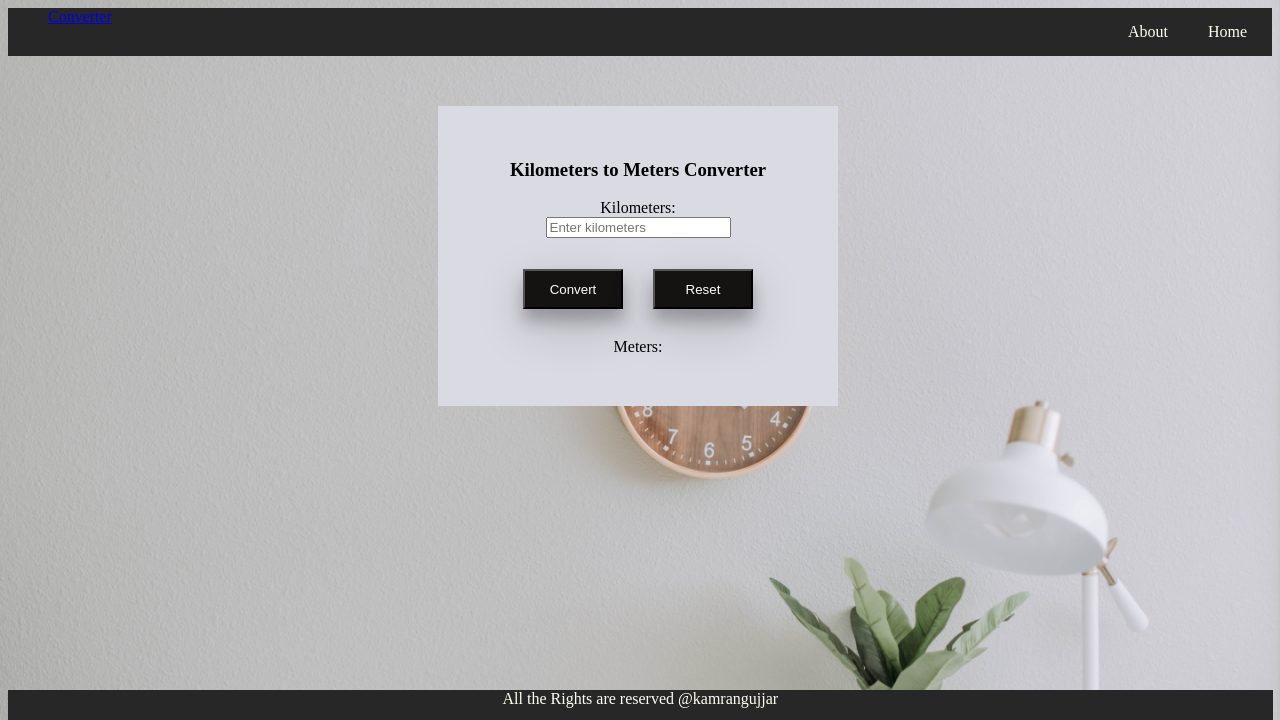
Repository: Kamrangujjar85112/Length-Converter
Page: html/km_m.html
An editor plug-in stored every save of this project. The page is shown before and after the next save, followed by the edit.
The browser window is 1280 px wide. The pictures show the whole page.

Above is the page before, as saved 2022-01-31 22:21:44.

After the next save:
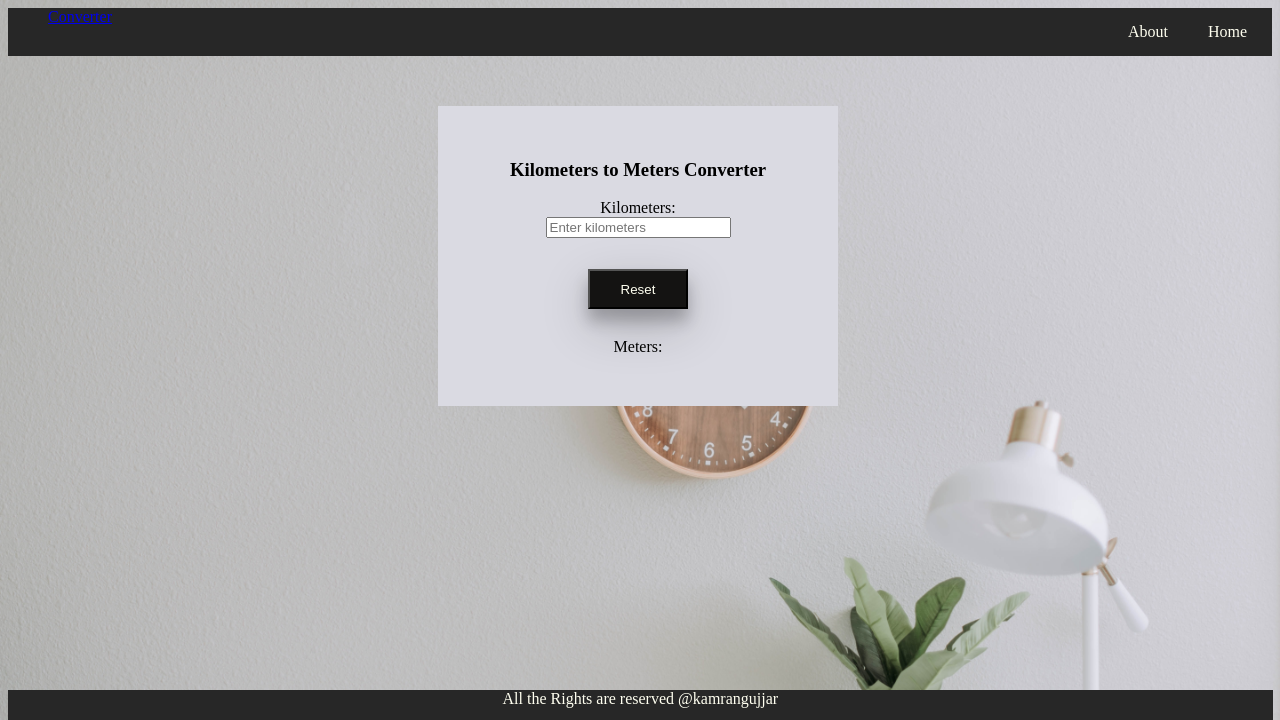
Saved 63 s later.
--- a/html/km_m.html
+++ b/html/km_m.html
@@ -30,7 +30,7 @@
 
                 <label>Kilometers:</label><br>
                 <input type="number" id="kilometersToMeters" placeholder="Enter kilometers" value=""><br><br>
-                <button id="convert">Convert</button>
+                <!-- <button id="convert">Convert</button> -->
                 <input type="reset" value="Reset" id="reset"><br>
                 <p id="kmToMp">Meters: <span id="kmToM"></span></p>
                 <p id="kmToMpError" style="display: none;"></span></p>

After the save that followed:
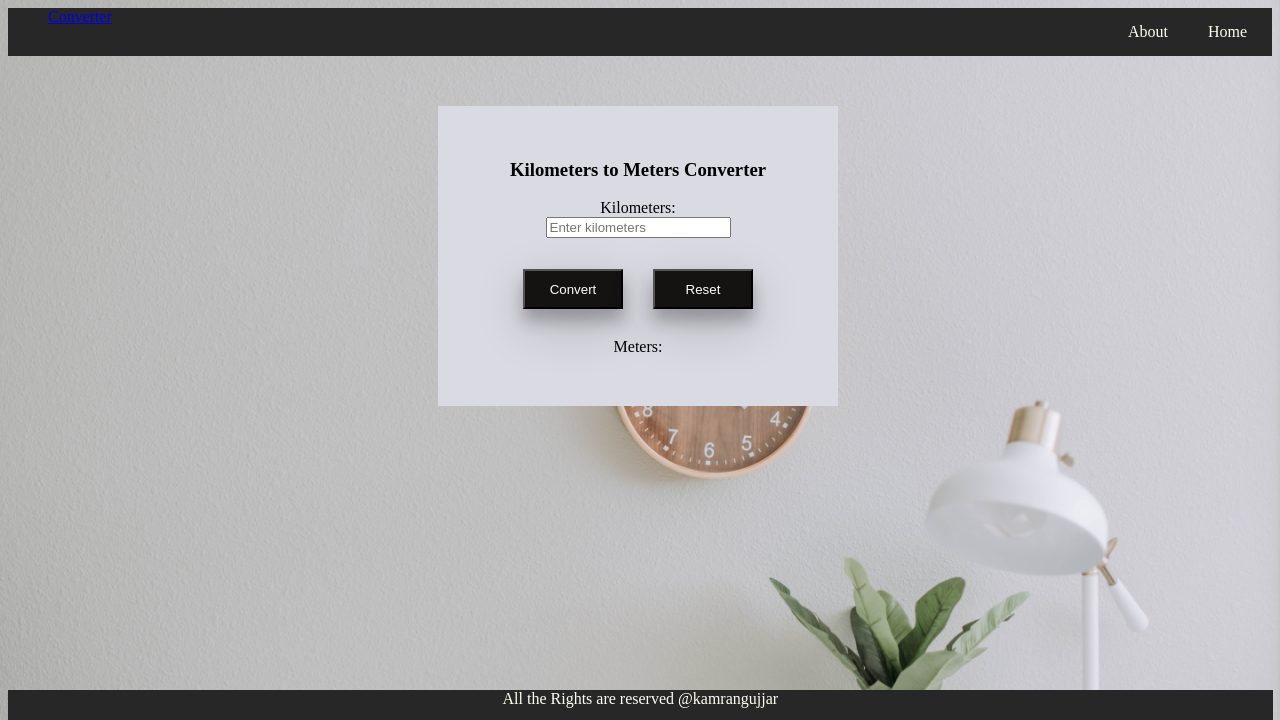
Saved 16 s later.
--- a/html/km_m.html
+++ b/html/km_m.html
@@ -30,7 +30,7 @@
 
                 <label>Kilometers:</label><br>
                 <input type="number" id="kilometersToMeters" placeholder="Enter kilometers" value=""><br><br>
-                <!-- <button id="convert">Convert</button> -->
+                <button id="convert">Convert</button>
                 <input type="reset" value="Reset" id="reset"><br>
                 <p id="kmToMp">Meters: <span id="kmToM"></span></p>
                 <p id="kmToMpError" style="display: none;"></span></p>
